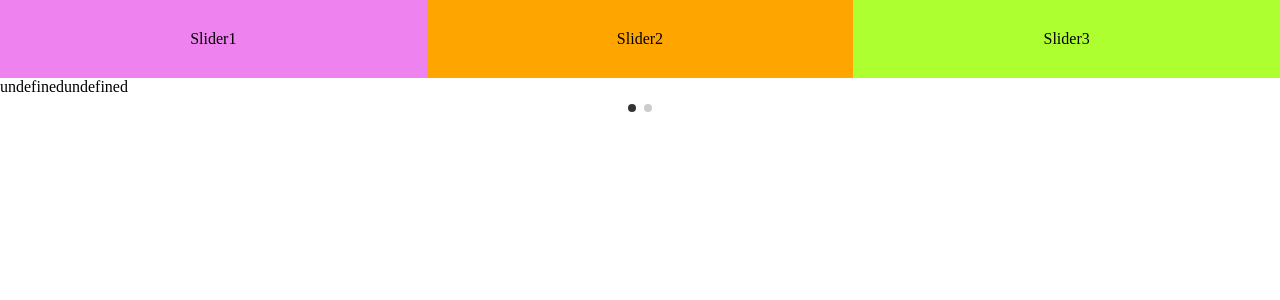
Repository: hoangan3526/Slideslip
Page: slidezy.html
These files come from the project's save history. The page is drawn as it stood at one moment and after the next save; the edit follows.
The browser window is 1280 px wide. The pictures show the whole page.

Above is the page before, as saved 2026-05-16 23:01:11.

After the next save:
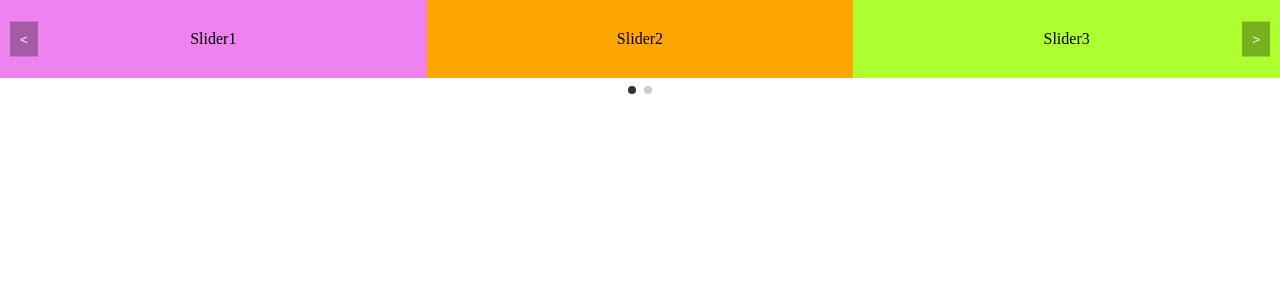
Saved 56 s later.
--- a/src/slidezy.js
+++ b/src/slidezy.js
@@ -88,18 +88,18 @@ Slidezy.prototype.createNav = function () {
   this.container.append(this.navWrapper);
 };
 Slidezy.prototype.createControls = function () {
-  this.prevbtn = document.createElement("button");
-  this.nextbtn = document.createElement("button");
+  this.prevBtn = document.createElement("button");
+  this.nextBtn = document.createElement("button");
 
-  this.prevbtn.textContent = "<";
-  this.nextbtn.textContent = ">";
+  this.prevBtn.textContent = "<";
+  this.nextBtn.textContent = ">";
 
-  this.prevbtn.classList.add("slidezy-prev");
-  this.nextbtn.classList.add("slidezy-next");
+  this.prevBtn.classList.add("slidezy-prev");
+  this.nextBtn.classList.add("slidezy-next");
 
   this.content.append(this.prevBtn, this.nextBtn);
-  this.prevbtn.onclick = () => this.moveSlide(-1);
-  this.nextbtn.onclick = () => this.moveSlide(1);
+  this.prevBtn.onclick = () => this.moveSlide(-1);
+  this.nextBtn.onclick = () => this.moveSlide(1);
 };
 Slidezy.prototype.moveSlide = function (step) {
   if (this._isAnimating) return;
